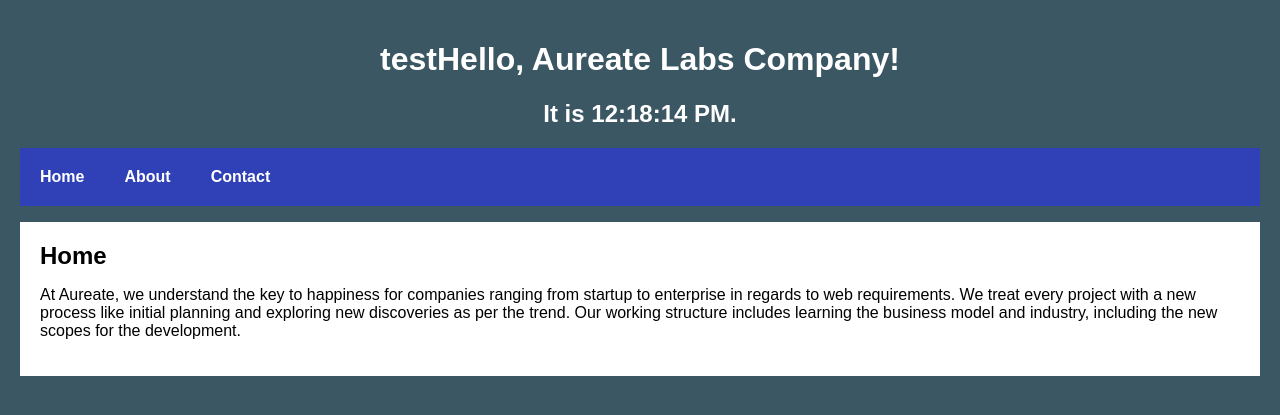
Repository: hardikaureate/React-Pages-Menu
Page: /
An editor plug-in stored every save of this project. The page is shown before and after the next save, followed by the edit.
The browser window is 1280 px wide. The pictures show the whole page.
The project was rebuilt for these pictures with package versions that can differ from the ones it lists, and the page was loaded fresh each time. Also part of the build but not shown: src/About.js, src/Contact.js.

Above is the page before, as saved 2020-10-09 15:18:41.

After the next save:
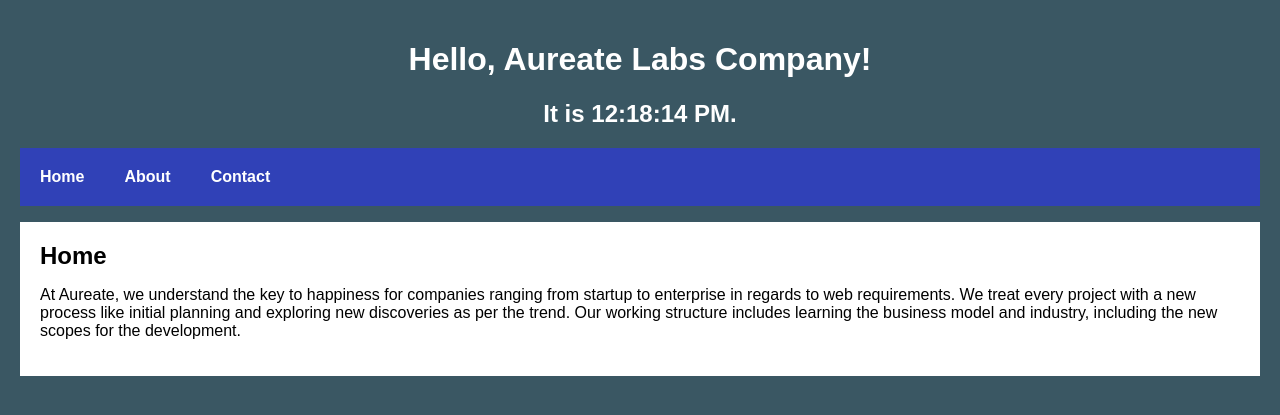
Saved 13 s later.
--- a/src/Clock.js
+++ b/src/Clock.js
@@ -36,7 +36,7 @@
                       const allname = 'Aureate Labs'
                 return (
                   <div>
-                    <h1 className="common">{"test"+this.state.greeting}, {allname} {this.props.name}!</h1>
+                    <h1 className="common">{this.state.greeting}, {allname} {this.props.name}!</h1>
                     <h2 className="common">It is {this.state.date.toLocaleTimeString()}.</h2>
                   </div>
                 );
